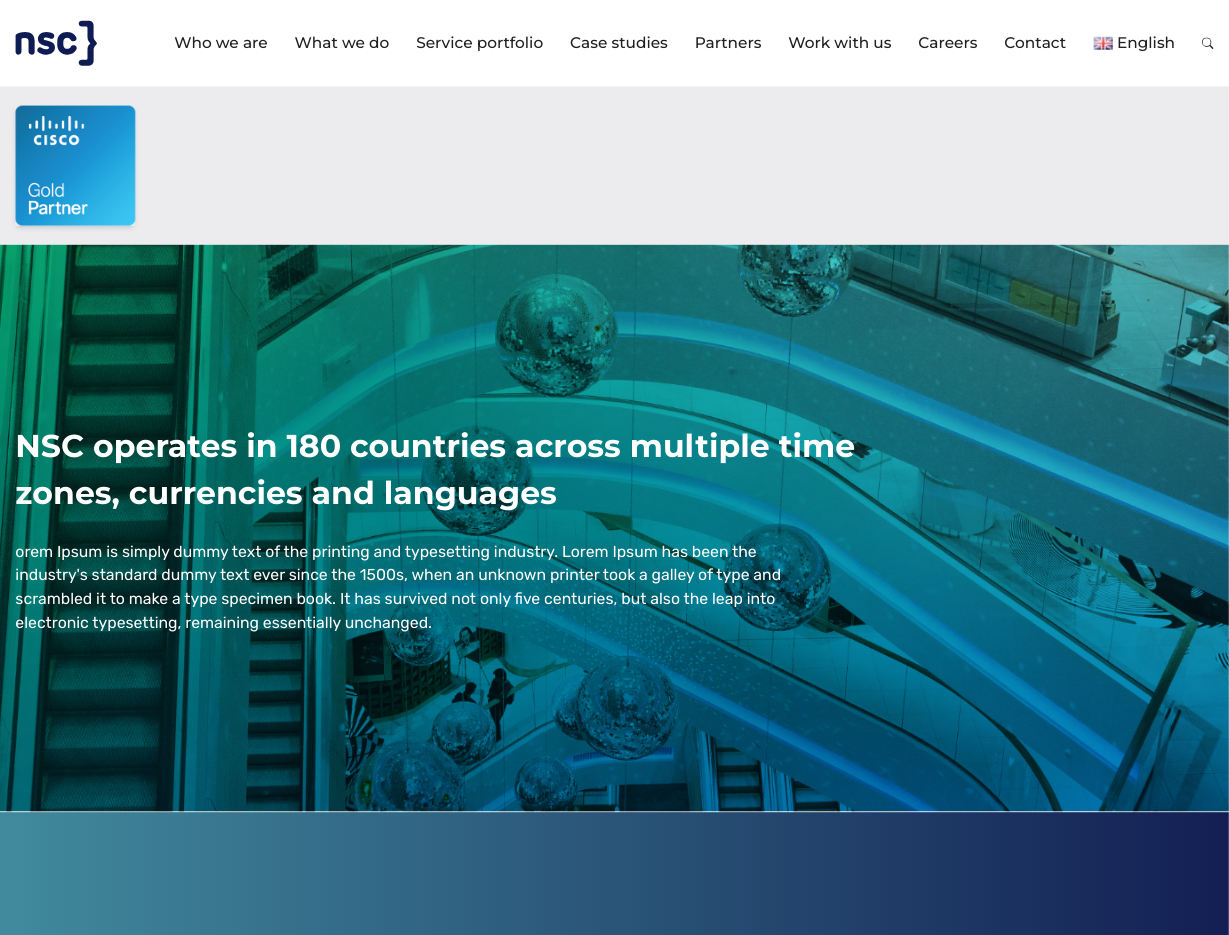
Repository: spaceship9999/ReactIsBack
Page: /
The author's editor kept a copy of each file at every save. The page is drawn from the files as they stood at one save, then again after the next save.
The browser window is 1280 px wide. The pictures show the whole page, at 96% of full size.
The project was rebuilt for these pictures with package versions that can differ from the ones it lists, and the page was loaded fresh each time. The framework's server and built-in components were replaced by stand-ins that run in the browser. Also part of the build but not shown: next.config.js.

Above is the page before, as saved 2023-03-25 06:45:20.

After the next save:
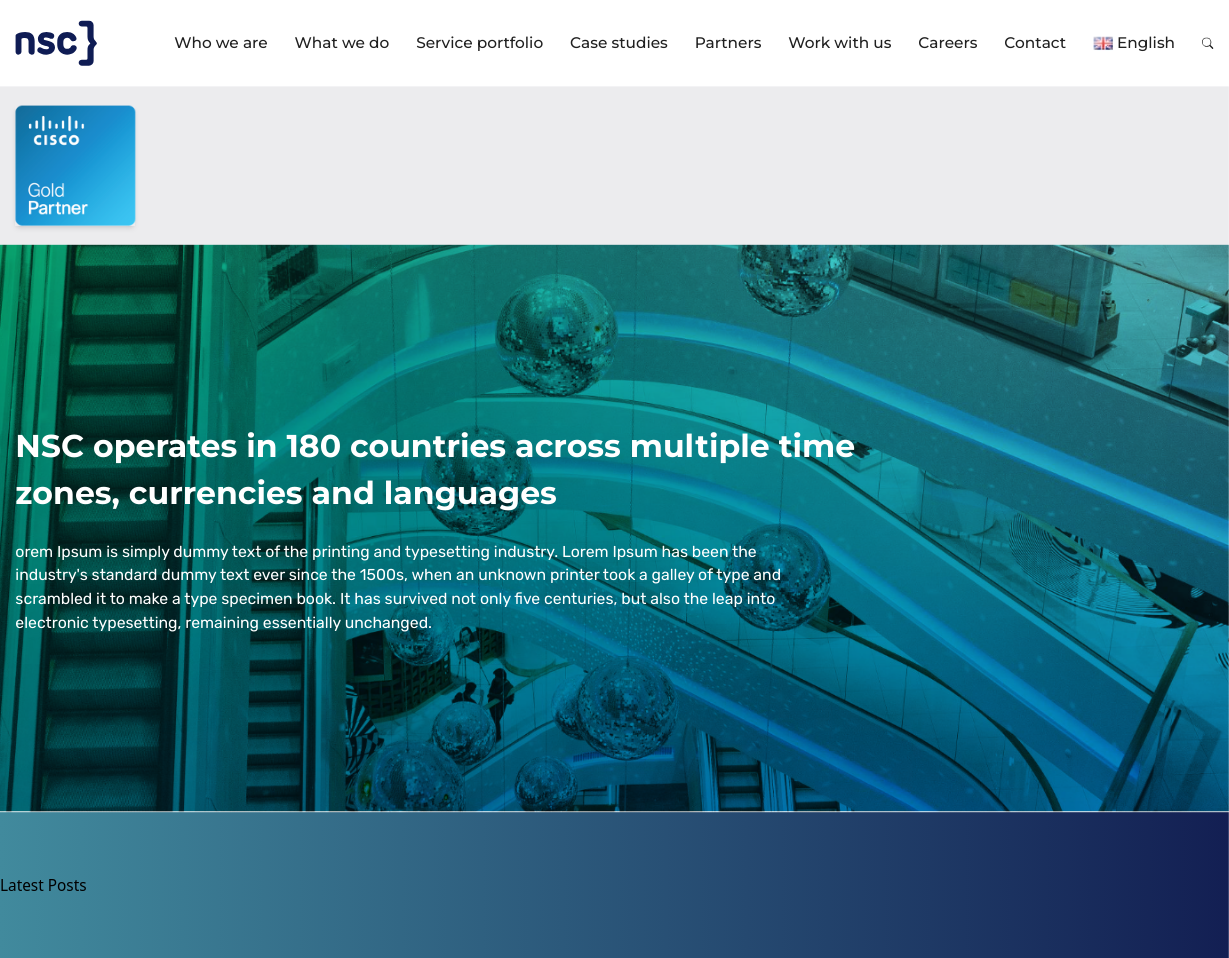
Saved 10 h 17 min later.
--- a/src/app/Posts.tsx
+++ b/src/app/Posts.tsx
@@ -1,7 +1,7 @@
 export default function Posts() {
     return (
         <div className="bg-gradient-to-r from-[#418A9D] to-[#131F53] py-16">
-
+            <h2>Latest Posts</h2>
         </div>
     )
 }
